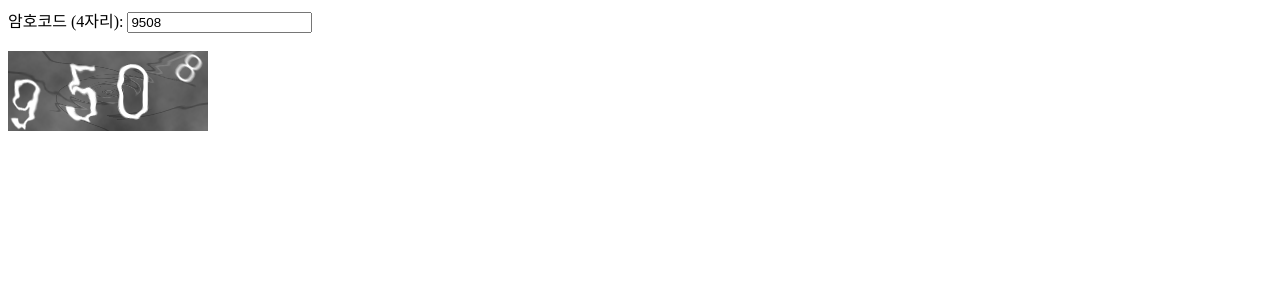
Repository: kimkeng/BackendClass
Page: example/src/main/webapp/js09.html
The author's editor kept a copy of each file at every save. The page is drawn from the files as they stood at one save, then again after the next save.
The browser window is 1280 px wide. The pictures show the whole page.

Above is the page before, as saved 2023-08-21 04:14:24.

After the next save:
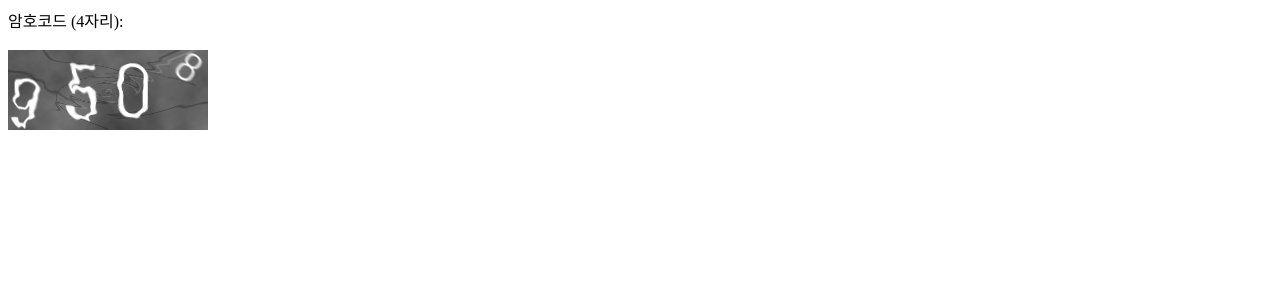
Saved 20 s later.
--- a/example/src/main/webapp/js09.html
+++ b/example/src/main/webapp/js09.html
@@ -29,7 +29,7 @@
 		background-image:url("./number/security_back.png") ;
 		overflow: hidden;
 	}
-	.num{
+	#num{
 		display:none;
 	}
 </style>

After the save that followed:
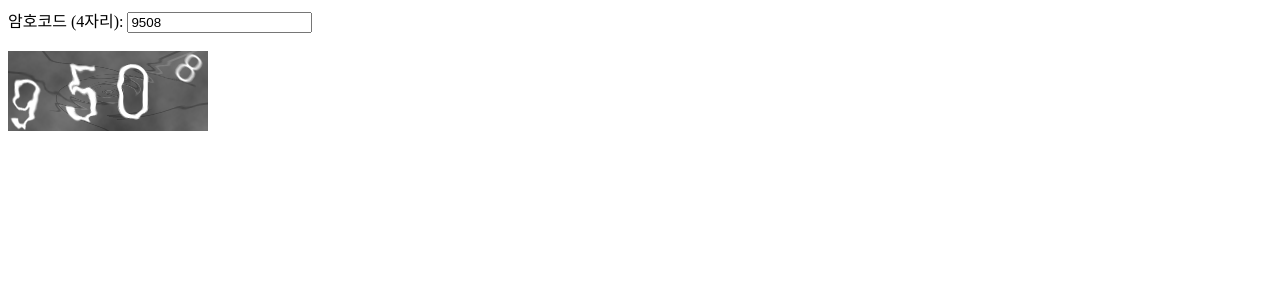
Saved 13 s later.
--- a/example/src/main/webapp/js09.html
+++ b/example/src/main/webapp/js09.html
@@ -29,9 +29,7 @@
 		background-image:url("./number/security_back.png") ;
 		overflow: hidden;
 	}
-	#num{
-		display:none;
-	}
+
 </style>
 <script>
 	//var no = Math.ceil(Math.random() * 10); //1~10 (소수점 무조건 올림)
